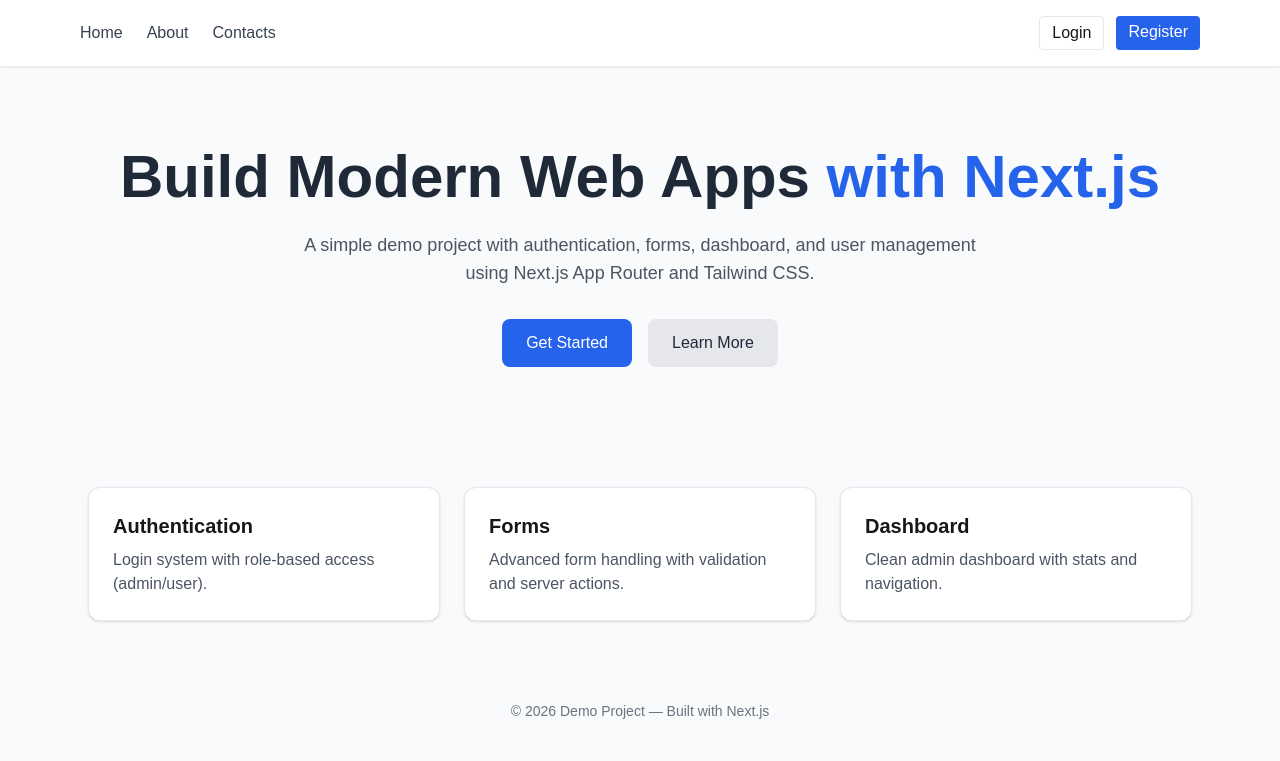
Repository: mohsin86/nextjs-vercel-demo-project
Page: /
These files come from the project's save history. The page is drawn as it stood at one moment and after the next save; the edit follows.
The browser window is 1280 px wide. The pictures show the whole page.
The project was rebuilt for these pictures with package versions that can differ from the ones it lists, and the page was loaded fresh each time. The framework's server and built-in components were replaced by stand-ins that run in the browser. Also part of the build but not shown: next.config.ts.

Above is the page before, as saved 2026-04-29 01:10:19.

### app/layout.tsx
import type { Metadata } from "next";
import localFont from "next/font/local";
import "./globals.css";

const geistSans = localFont({
  src: "./fonts/GeistVF.woff",
  variable: "--font-geist-sans",
  weight: "100 900",
});

const geistMono = localFont({
  src: "./fonts/GeistMonoVF.woff",
  variable: "--font-geist-mono",
  weight: "100 900",
});

export const metadata: Metadata = {
  title: "Create Next App",
  description: "Generated by create next app",
};

export default function RootLayout({
  children,
}: Readonly<{
  children: React.ReactNode;
}>) {
  return (
    <html lang="en">
      <body
        className={`${geistSans.variable} ${geistMono.variable} antialiased`}
      >
        {children}
      </body>
    </html>
  );
}

### app/page.tsx
import Navigation from '@/components/Navigation';

export default function HomePage() {
  return (
    <div className="min-h-screen bg-gray-50">

      {/* NAVIGATION */}
      <div className="bg-white border-b shadow-sm">
        <div className="max-w-6xl mx-auto p-4">
          <Navigation />
        </div>
      </div>

      {/* HERO SECTION */}
      <section className="max-w-6xl mx-auto px-6 py-20 flex flex-col items-center text-center">

        <h1 className="text-4xl md:text-6xl font-bold text-gray-800 leading-tight">
          Build Modern Web Apps
          <span className="text-blue-600"> with Next.js</span>
        </h1>

        <p className="mt-6 text-gray-600 text-lg max-w-2xl">
          A simple demo project with authentication, forms, dashboard,
          and user management using Next.js App Router and Tailwind CSS.
        </p>

        {/* BUTTONS */}
        <div className="mt-8 flex gap-4">
          <a
            href="/login"
            className="bg-blue-600 text-white px-6 py-3 rounded-lg hover:bg-blue-700 transition"
          >
            Get Started
          </a>

          <a
            href="/about"
            className="bg-gray-200 text-gray-800 px-6 py-3 rounded-lg hover:bg-gray-300 transition"
          >
            Learn More
          </a>
        </div>
      </section>

      {/* FEATURES */}
      <section className="max-w-6xl mx-auto px-6 py-10 grid md:grid-cols-3 gap-6">

        <div className="bg-white p-6 rounded-xl shadow border hover:shadow-md transition">
          <h3 className="text-xl font-semibold mb-2">Authentication</h3>
          <p className="text-gray-600">
            Login system with role-based access (admin/user).
          </p>
        </div>

        <div className="bg-white p-6 rounded-xl shadow border hover:shadow-md transition">
          <h3 className="text-xl font-semibold mb-2">Forms</h3>
          <p className="text-gray-600">
            Advanced form handling with validation and server actions.
          </p>
        </div>

        <div className="bg-white p-6 rounded-xl shadow border hover:shadow-md transition">
          <h3 className="text-xl font-semibold mb-2">Dashboard</h3>
          <p className="text-gray-600">
            Clean admin dashboard with stats and navigation.
          </p>
        </div>

      </section>

      {/* FOOTER */}
      <footer className="text-center py-10 text-gray-500 text-sm">
        © {new Date().getFullYear()} Demo Project — Built with Next.js
      </footer>

    </div>
  );
}

### app/globals.css
@tailwind base;
@tailwind components;
@tailwind utilities;

:root {
  --background: #ffffff;
  --foreground: #171717;
}

@media (prefers-color-scheme: dark) {
  :root {
    --background: #0a0a0a;
    --foreground: #ededed;
  }
}

body {
  color: var(--foreground);
  background: var(--background);
  font-family: Arial, Helvetica, sans-serif;
}

.test{
  color: red;
}

### components/Navigation.tsx
import Link from 'next/link';

export default function Navigation() {
  return (
    <nav className="flex items-center justify-between">

      {/* LEFT LINKS (unchanged) */}
      <ul className="flex gap-6 text-gray-700">
        <li>
          <Link href="/">Home</Link>
        </li>
        <li>
          <Link href="/about">About</Link>
        </li>
        <li>
          <Link href="/contacts">Contacts</Link>
        </li>
      </ul>

      {/* RIGHT AUTH BUTTONS (NEW ONLY) */}
      <div className="flex gap-3">

        <Link
          href="/login"
          className="px-3 py-1 border rounded hover:bg-gray-100"
        >
          Login
        </Link>

        <Link
          href="/register"
          className="px-3 py-1 bg-blue-600 text-white rounded hover:bg-blue-700"
        >
          Register
        </Link>

      </div>

    </nav>
  );
}

### tailwind.config.js
/** @type {import('tailwindcss').Config} */
module.exports = {
  content: [
    "./app/**/*.{js,ts,jsx,tsx}",
    "./pages/**/*.{js,ts,jsx,tsx}",
    "./components/**/*.{js,ts,jsx,tsx}",
  ],
  theme: {
    extend: {},
  },
  plugins: [],
};

After the next save:
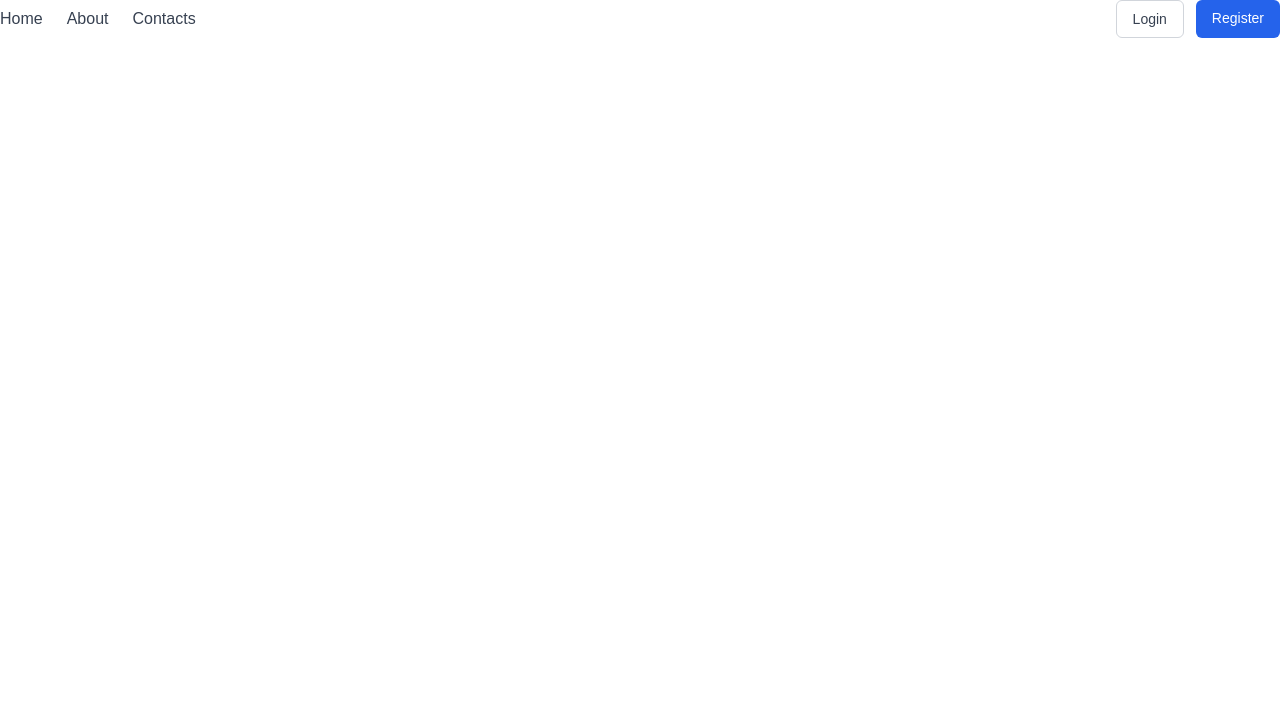
Saved 2 min 8 s later.
--- a/app/page.tsx
+++ b/app/page.tsx
@@ -1,78 +1,46 @@
-import Navigation from '@/components/Navigation';
+import Link from 'next/link';
 
-export default function HomePage() {
+export default function Navigation() {
   return (
-    <div className="min-h-screen bg-gray-50">
+    <nav className="flex items-center justify-between">
 
-      {/* NAVIGATION */}
-      <div className="bg-white border-b shadow-sm">
-        <div className="max-w-6xl mx-auto p-4">
-          <Navigation />
-        </div>
+      {/* LEFT - LINKS */}
+      <ul className="flex gap-6 text-gray-700 font-medium">
+        <li>
+          <Link href="/" className="hover:text-blue-600">
+            Home
+          </Link>
+        </li>
+        <li>
+          <Link href="/about" className="hover:text-blue-600">
+            About
+          </Link>
+        </li>
+        <li>
+          <Link href="/contacts" className="hover:text-blue-600">
+            Contacts
+          </Link>
+        </li>
+      </ul>
+
+      {/* RIGHT - AUTH BUTTONS */}
+      <div className="flex gap-3">
+
+        <Link
+          href="/login"
+          className="px-4 py-2 text-sm rounded-md border border-gray-300 text-gray-700 hover:bg-gray-100"
+        >
+          Login
+        </Link>
+
+        <Link
+          href="/register"
+          className="px-4 py-2 text-sm rounded-md bg-blue-600 text-white hover:bg-blue-700"
+        >
+          Register
+        </Link>
+
       </div>
-
-      {/* HERO SECTION */}
-      <section className="max-w-6xl mx-auto px-6 py-20 flex flex-col items-center text-center">
-
-        <h1 className="text-4xl md:text-6xl font-bold text-gray-800 leading-tight">
-          Build Modern Web Apps
-          <span className="text-blue-600"> with Next.js</span>
-        </h1>
-
-        <p className="mt-6 text-gray-600 text-lg max-w-2xl">
-          A simple demo project with authentication, forms, dashboard,
-          and user management using Next.js App Router and Tailwind CSS.
-        </p>
-
-        {/* BUTTONS */}
-        <div className="mt-8 flex gap-4">
-          <a
-            href="/login"
-            className="bg-blue-600 text-white px-6 py-3 rounded-lg hover:bg-blue-700 transition"
-          >
-            Get Started
-          </a>
-
-          <a
-            href="/about"
-            className="bg-gray-200 text-gray-800 px-6 py-3 rounded-lg hover:bg-gray-300 transition"
-          >
-            Learn More
-          </a>
-        </div>
-      </section>
-
-      {/* FEATURES */}
-      <section className="max-w-6xl mx-auto px-6 py-10 grid md:grid-cols-3 gap-6">
-
-        <div className="bg-white p-6 rounded-xl shadow border hover:shadow-md transition">
-          <h3 className="text-xl font-semibold mb-2">Authentication</h3>
-          <p className="text-gray-600">
-            Login system with role-based access (admin/user).
-          </p>
-        </div>
-
-        <div className="bg-white p-6 rounded-xl shadow border hover:shadow-md transition">
-          <h3 className="text-xl font-semibold mb-2">Forms</h3>
-          <p className="text-gray-600">
-            Advanced form handling with validation and server actions.
-          </p>
-        </div>
-
-        <div className="bg-white p-6 rounded-xl shadow border hover:shadow-md transition">
-          <h3 className="text-xl font-semibold mb-2">Dashboard</h3>
-          <p className="text-gray-600">
-            Clean admin dashboard with stats and navigation.
-          </p>
-        </div>
-
-      </section>
-
-      {/* FOOTER */}
-      <footer className="text-center py-10 text-gray-500 text-sm">
-        © {new Date().getFullYear()} Demo Project — Built with Next.js
-      </footer>
-
-    </div>
+    </nav>
   );
 }

After the save that followed:
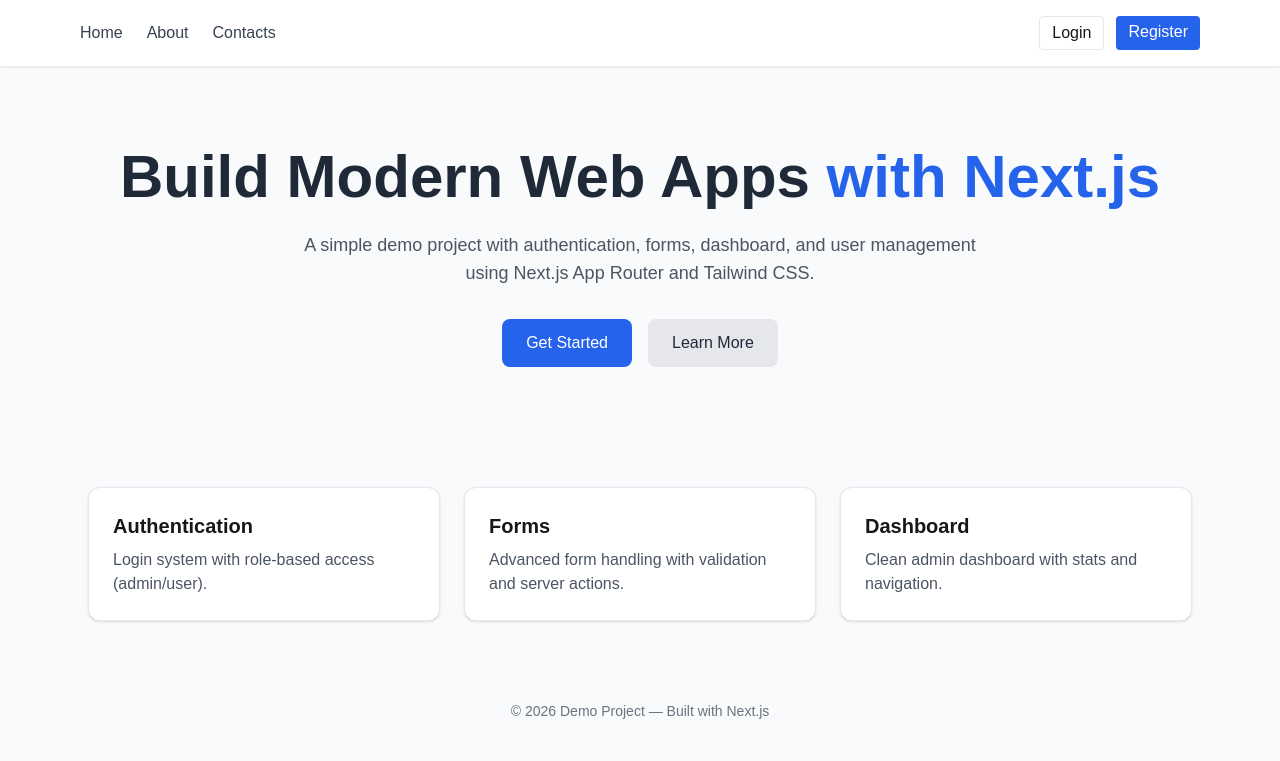
Saved 2 min 24 s later.
--- a/app/page.tsx
+++ b/app/page.tsx
@@ -1,46 +1,78 @@
-import Link from 'next/link';
+import Navigation from '@/components/Navigation';
 
-export default function Navigation() {
+export default function HomePage() {
   return (
-    <nav className="flex items-center justify-between">
+    <div className="min-h-screen bg-gray-50">
 
-      {/* LEFT - LINKS */}
-      <ul className="flex gap-6 text-gray-700 font-medium">
-        <li>
-          <Link href="/" className="hover:text-blue-600">
-            Home
-          </Link>
-        </li>
-        <li>
-          <Link href="/about" className="hover:text-blue-600">
-            About
-          </Link>
-        </li>
-        <li>
-          <Link href="/contacts" className="hover:text-blue-600">
-            Contacts
-          </Link>
-        </li>
-      </ul>
+      {/* NAVIGATION */}
+      <div className="bg-white border-b shadow-sm">
+        <div className="max-w-6xl mx-auto p-4">
+          <Navigation />
+        </div>
+      </div>
 
-      {/* RIGHT - AUTH BUTTONS */}
-      <div className="flex gap-3">
+      {/* HERO SECTION */}
+      <section className="max-w-6xl mx-auto px-6 py-20 flex flex-col items-center text-center">
 
-        <Link
-          href="/login"
-          className="px-4 py-2 text-sm rounded-md border border-gray-300 text-gray-700 hover:bg-gray-100"
-        >
-          Login
-        </Link>
+        <h1 className="text-4xl md:text-6xl font-bold text-gray-800 leading-tight">
+          Build Modern Web Apps
+          <span className="text-blue-600"> with Next.js</span>
+        </h1>
 
-        <Link
-          href="/register"
-          className="px-4 py-2 text-sm rounded-md bg-blue-600 text-white hover:bg-blue-700"
-        >
-          Register
-        </Link>
+        <p className="mt-6 text-gray-600 text-lg max-w-2xl">
+          A simple demo project with authentication, forms, dashboard,
+          and user management using Next.js App Router and Tailwind CSS.
+        </p>
 
-      </div>
-    </nav>
+        {/* BUTTONS */}
+        <div className="mt-8 flex gap-4">
+          <a
+            href="/login"
+            className="bg-blue-600 text-white px-6 py-3 rounded-lg hover:bg-blue-700 transition"
+          >
+            Get Started
+          </a>
+
+          <a
+            href="/about"
+            className="bg-gray-200 text-gray-800 px-6 py-3 rounded-lg hover:bg-gray-300 transition"
+          >
+            Learn More
+          </a>
+        </div>
+      </section>
+
+      {/* FEATURES */}
+      <section className="max-w-6xl mx-auto px-6 py-10 grid md:grid-cols-3 gap-6">
+
+        <div className="bg-white p-6 rounded-xl shadow border hover:shadow-md transition">
+          <h3 className="text-xl font-semibold mb-2">Authentication</h3>
+          <p className="text-gray-600">
+            Login system with role-based access (admin/user).
+          </p>
+        </div>
+
+        <div className="bg-white p-6 rounded-xl shadow border hover:shadow-md transition">
+          <h3 className="text-xl font-semibold mb-2">Forms</h3>
+          <p className="text-gray-600">
+            Advanced form handling with validation and server actions.
+          </p>
+        </div>
+
+        <div className="bg-white p-6 rounded-xl shadow border hover:shadow-md transition">
+          <h3 className="text-xl font-semibold mb-2">Dashboard</h3>
+          <p className="text-gray-600">
+            Clean admin dashboard with stats and navigation.
+          </p>
+        </div>
+
+      </section>
+
+      {/* FOOTER */}
+      <footer className="text-center py-10 text-gray-500 text-sm">
+        © {new Date().getFullYear()} Demo Project — Built with Next.js
+      </footer>
+
+    </div>
   );
 }
